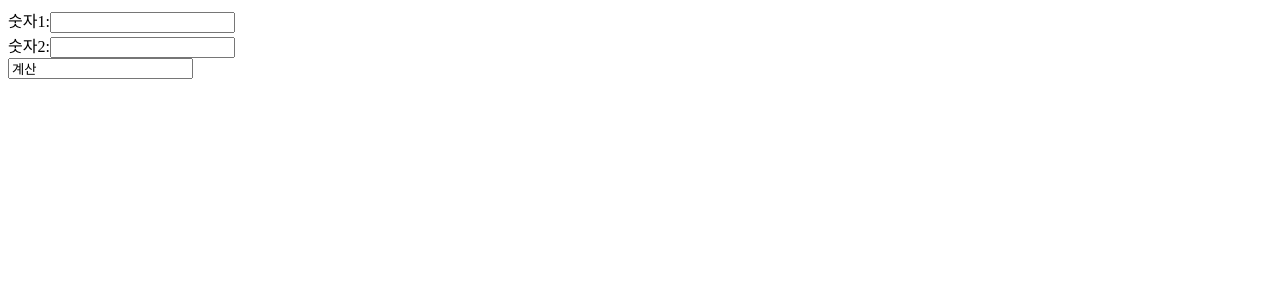
Repository: RyuJelly/211
Page: jsp_work/JSP/WebContent/basic/form.html
These files come from the project's save history. The page is drawn as it stood at one moment and after the next save; the edit follows.
The browser window is 1280 px wide. The pictures show the whole page.

Above is the page before, as saved 2021-03-23 05:10:21.

### jsp_work/JSP/WebContent/basic/form.html
<!DOCTYPE html>
<html>
<head>
<meta charset="UTF-8">
<title>Insert title here</title>
</head>
<body>
	<form action="CalsServlet" method="post">
		숫자1:<input type="text" name="num1"><br>
		숫자2:<input type="text" name="num2"><br>
		<input type="text" value="계산">
	</form>
</body>
</html>

After the next save:
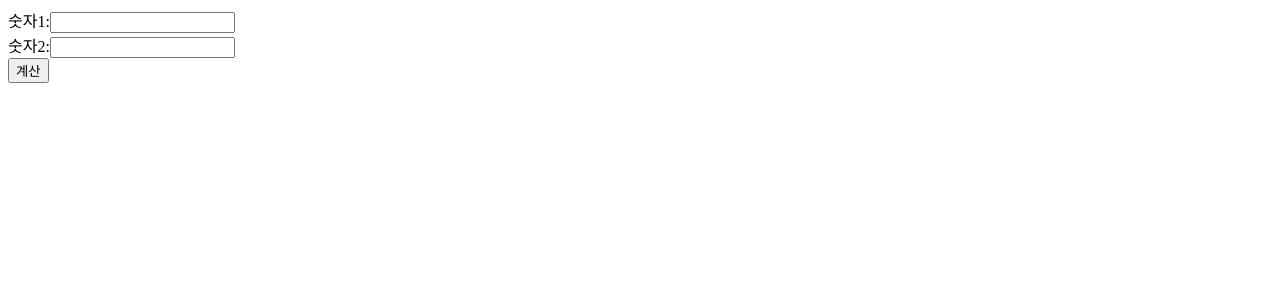
Saved 29 s later.
--- a/jsp_work/JSP/WebContent/basic/form.html
+++ b/jsp_work/JSP/WebContent/basic/form.html
@@ -8,7 +8,7 @@
 	<form action="CalsServlet" method="post">
 		숫자1:<input type="text" name="num1"><br>
 		숫자2:<input type="text" name="num2"><br>
-		<input type="text" value="계산">
+		<input type="button" value="계산">
 	</form>
 </body>
 </html>
